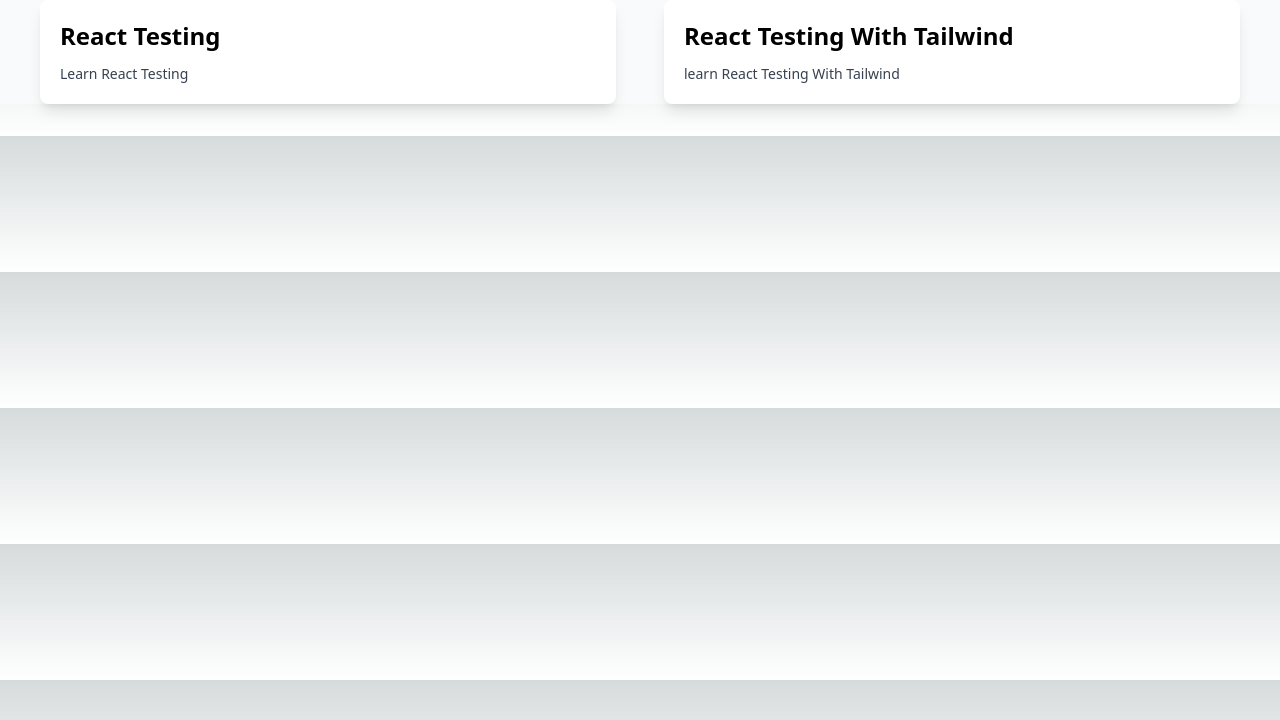
Repository: AlgoHussle/algo-blog
Page: /
These files come from the project's save history. The page is drawn as it stood at one moment and after the next save; the edit follows.
The browser window is 1280 px wide. The pictures show the whole page.
The project was rebuilt for these pictures with package versions that can differ from the ones it lists, and the page was loaded fresh each time. The framework's server and built-in components were replaced by stand-ins that run in the browser. Also part of the build but not shown: next.config.js.

Above is the page before, as saved 2023-05-03 21:27:05.

After the next save:
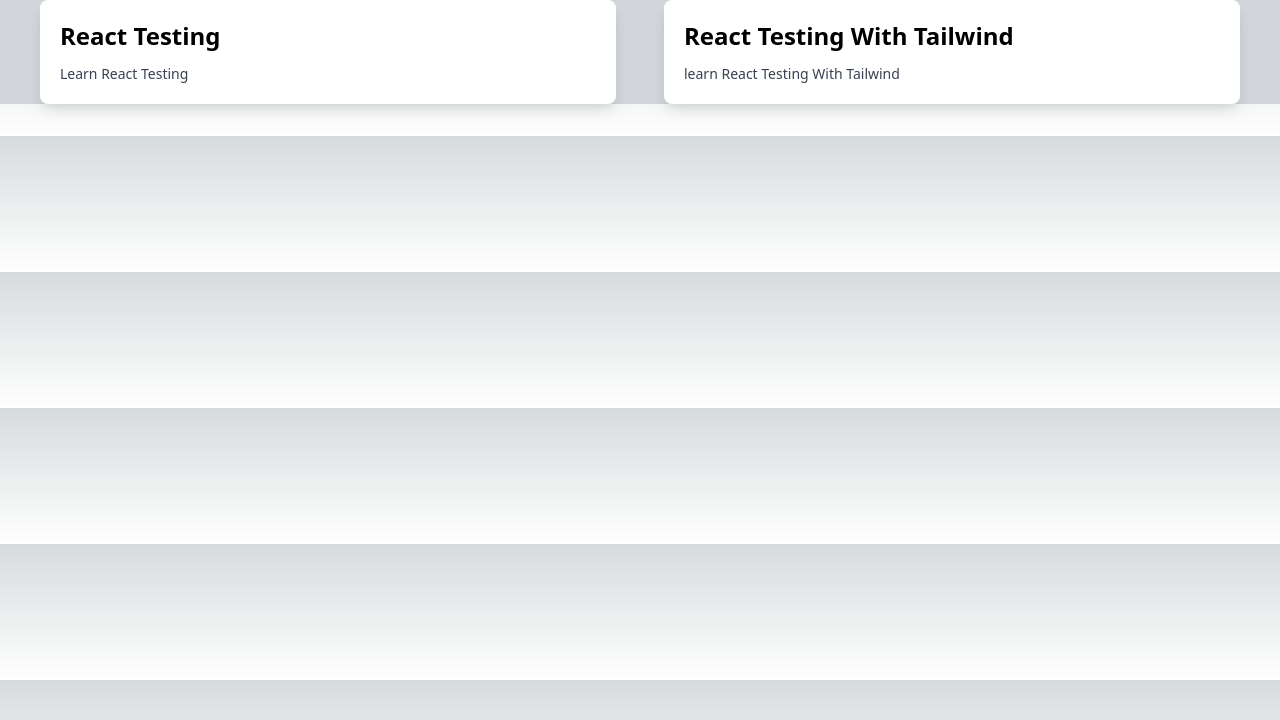
Saved 35 s later.
--- a/pages/index.js
+++ b/pages/index.js
@@ -8,7 +8,7 @@
 
 export default function Home() {
   return (
-    <div className='container mx-auto px-10 mb-8 bg-gray-50'>
+    <div className='container mx-auto px-10 mb-8 bg-gray-300'>
       <Head>
         <title>CMS Blog</title>
         <link rel="icon" href="/favicon.ico" />

After the save that followed:
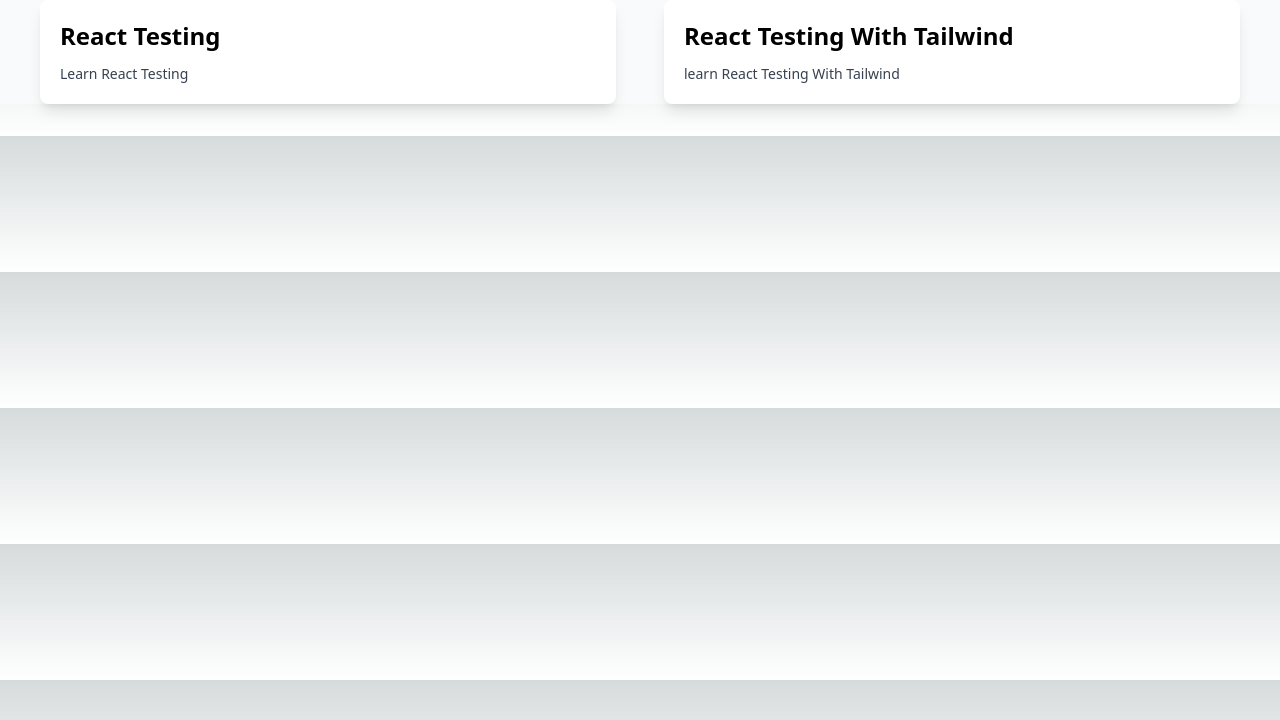
Saved 4 s later.
--- a/pages/index.js
+++ b/pages/index.js
@@ -8,7 +8,7 @@
 
 export default function Home() {
   return (
-    <div className='container mx-auto px-10 mb-8 bg-gray-300'>
+    <div className='container mx-auto px-10 mb-8 bg-gray-50'>
       <Head>
         <title>CMS Blog</title>
         <link rel="icon" href="/favicon.ico" />
